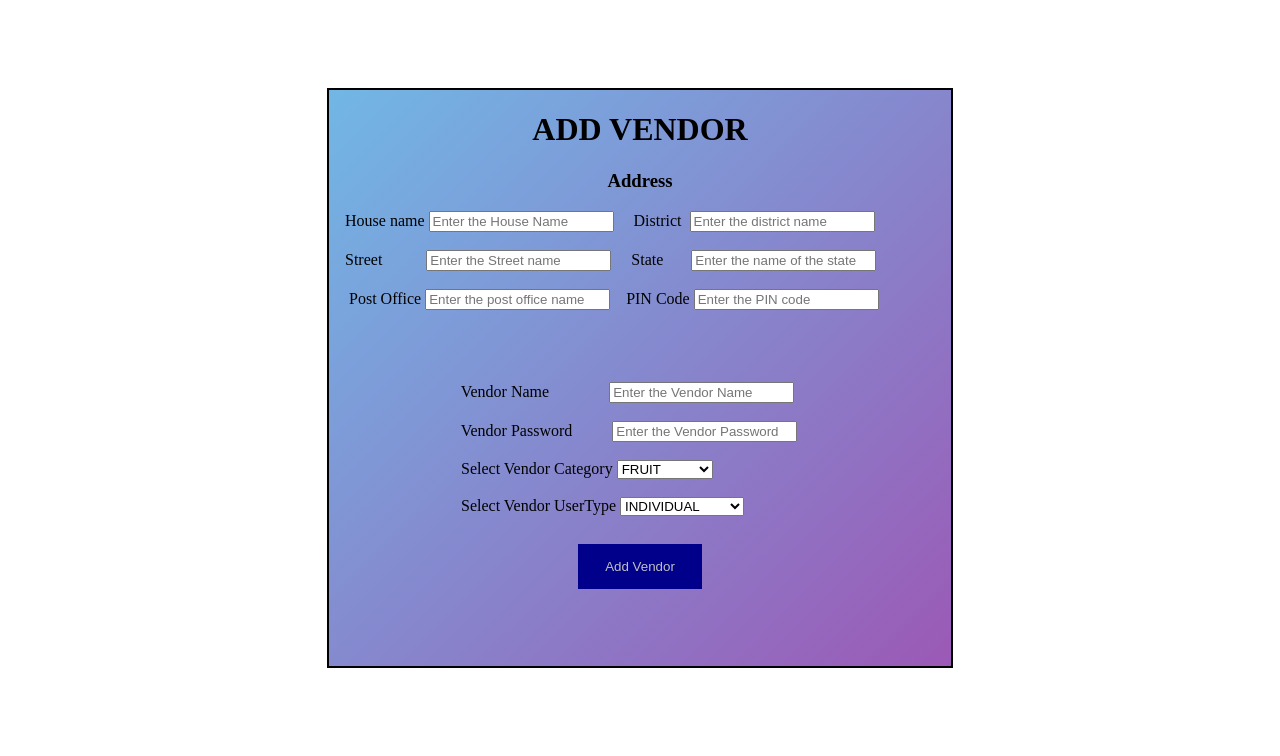
Repository: Akshayjoshy/MY-PROJECTS
Page: http://localhost/Koottam/WEB-INF/jsp/AddVendor.jsp
These files come from the project's save history. The page is drawn as it stood at one moment and after the next save; the edit follows.
The browser window is 1280 px wide. The pictures show the whole page.
The page is served by Tomcat 9. Nobody is signed in. The template is opened directly, without the code that normally fills it, so the values that code supplies are empty.

Above is the page before, as saved 2023-01-24 18:45:31.

After the next save:
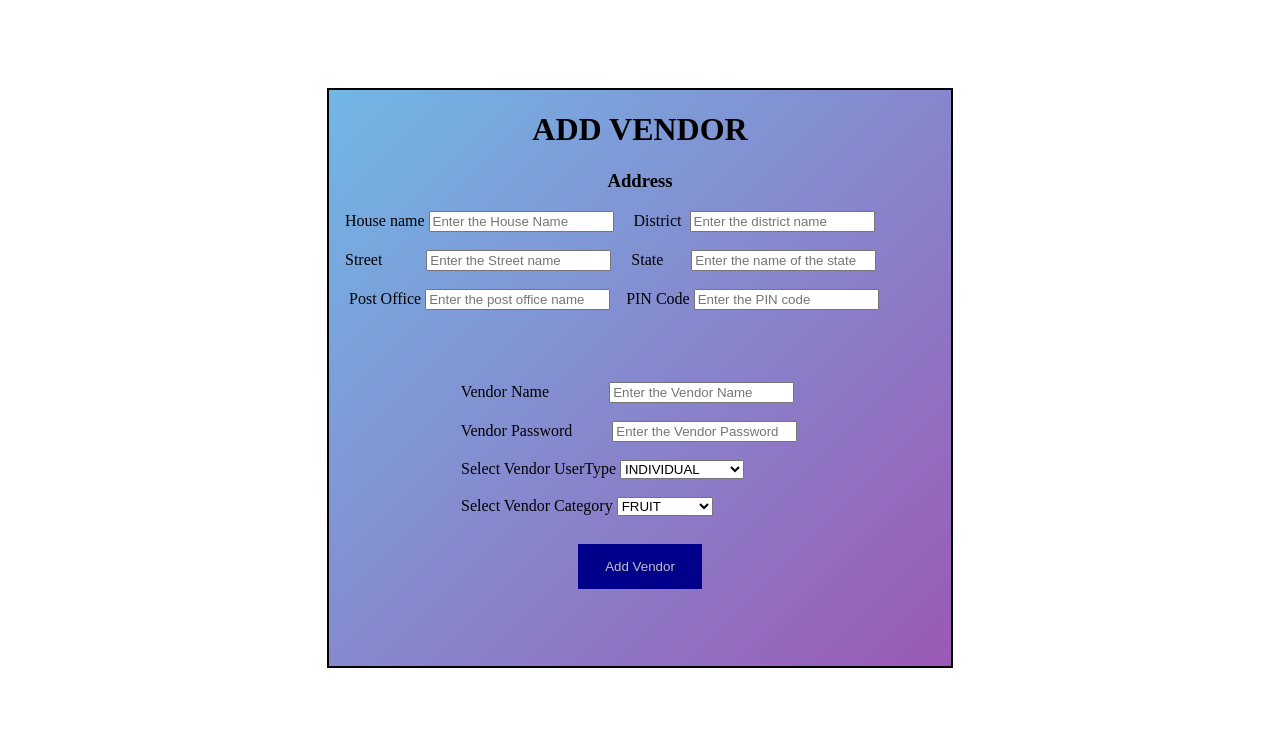
Saved 50 s later.
--- a/Koottam/Koottam/src/main/webapp/WEB-INF/jsp/AddVendor.jsp
+++ b/Koottam/Koottam/src/main/webapp/WEB-INF/jsp/AddVendor.jsp
@@ -63,17 +63,18 @@ body{
 
 						&emsp;&emsp;&emsp;&emsp;&emsp;&emsp;&emsp;&emsp;	<label for="vendorPassword" class="form-label">Vendor Password</label>
 	                     &emsp;&emsp;     <input type="password" id="vendorPassword" name="vendorPassword" class="form-control" placeholder="Enter the Vendor Password"><br><br>
-	                      &emsp;&emsp;&emsp;&emsp;&emsp;&emsp;&emsp;&emsp;     <label class="form-label">Select Vendor Category</label>
 
-								<select name="vendorCategory">
-	                                <option>FRUIT</option>
-									<option>VEGITABLE</option>
-	                            </select><br><br>
 
 						&emsp;&emsp;&emsp;&emsp;&emsp;&emsp;&emsp;&emsp;		<label class="form-label">Select Vendor UserType</label>
 	                            <select name="vendorUserType">
 	                                <option>INDIVIDUAL</option>
 									<option>ORGANISATION</option>
+	                            </select><br><br>
+	                    &emsp;&emsp;&emsp;&emsp;&emsp;&emsp;&emsp;&emsp;     <label class="form-label">Select Vendor Category</label>
+
+								<select name="vendorCategory">
+	                                <option>FRUIT</option>
+									<option>VEGITABLE</option>
 	                            </select><br><br>
 
 	                       <center><button type="submit">Add Vendor</button></center>
